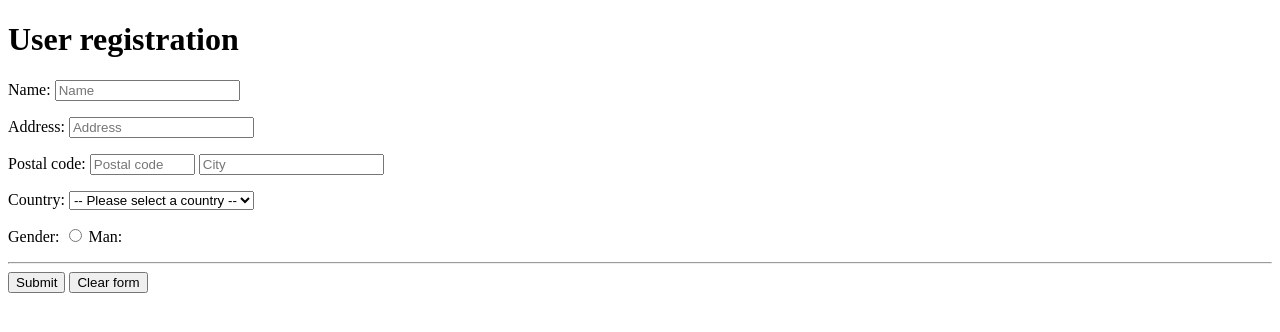
Repository: Filip-Husic/AW_frontend
Page: ex3Forms.html
These files come from the project's save history. The page is drawn as it stood at one moment and after the next save; the edit follows.
The browser window is 1280 px wide. The pictures show the whole page.

Above is the page before, as saved 2022-11-23 11:44:17.

After the next save:
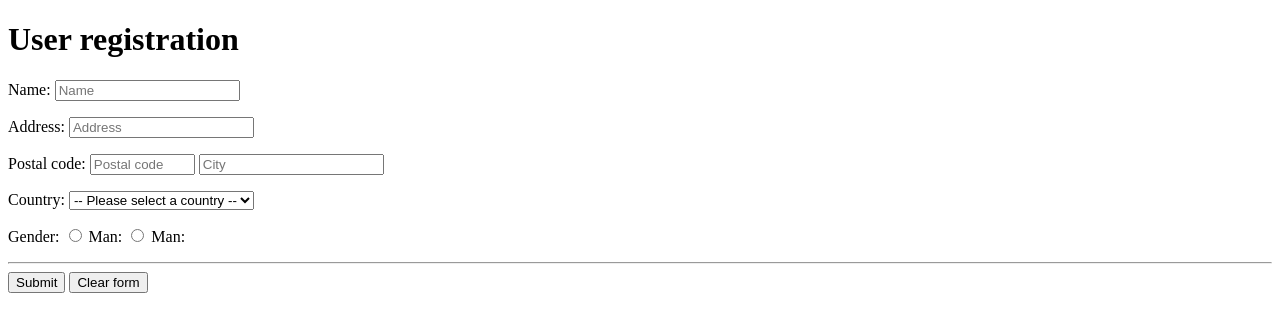
Saved 4 s later.
--- a/ex3Forms.html
+++ b/ex3Forms.html
@@ -38,6 +38,9 @@
             Gender:
             <input type="radio" name="gender" id="man">
             <label for="man">Man:</label>
+            <input type="radio" name="gender" id="man">
+            <label for="man">Man:</label>
+
 
         </p>
         <hr>
